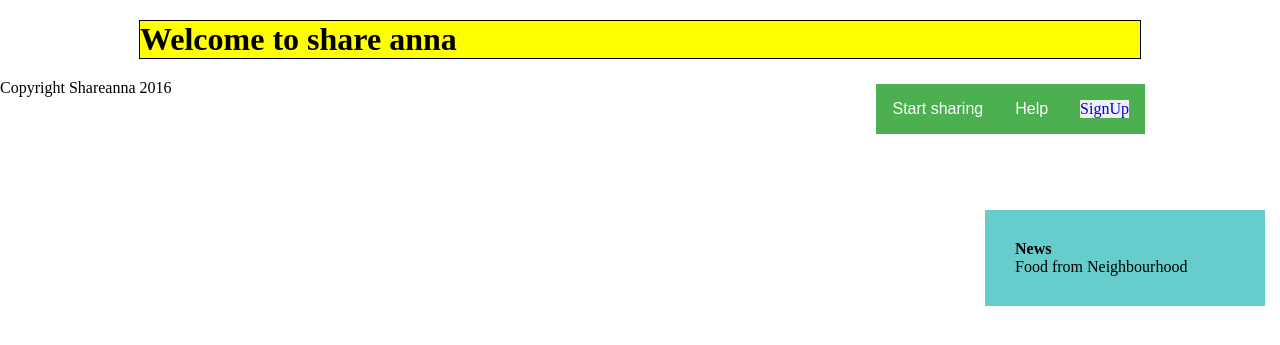
Repository: navigator007/shareanna
Page: practiceSpringMVC_1/src/main/webapp/home.html
An editor plug-in stored every save of this project. The page is shown before and after the next save, followed by the edit.
The browser window is 1280 px wide. The pictures show the whole page.
The pointer rests on the first visible `.dropdown_custom a`.

Above is the page before, as saved 2016-08-20 23:40:17.

After the next save:
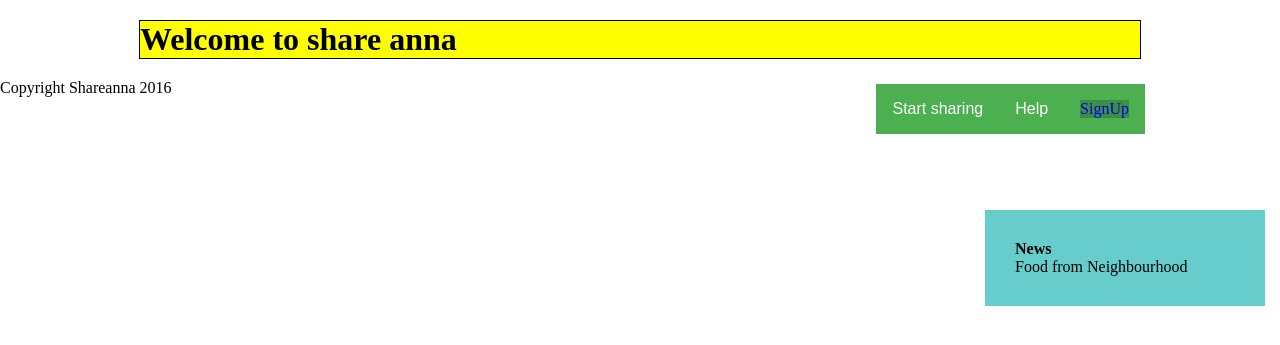
Saved 31 s later.
--- a/practiceSpringMVC_1/src/main/webapp/css/home.css
+++ b/practiceSpringMVC_1/src/main/webapp/css/home.css
@@ -88,7 +88,7 @@ body{
 
 }
 .dropdown_custom a:hover, a:active {
-background-color: #f1f1f1
+background-color: #3e8e41;
 }
 .dropdown_custom a{
 	text-decoration: none;
